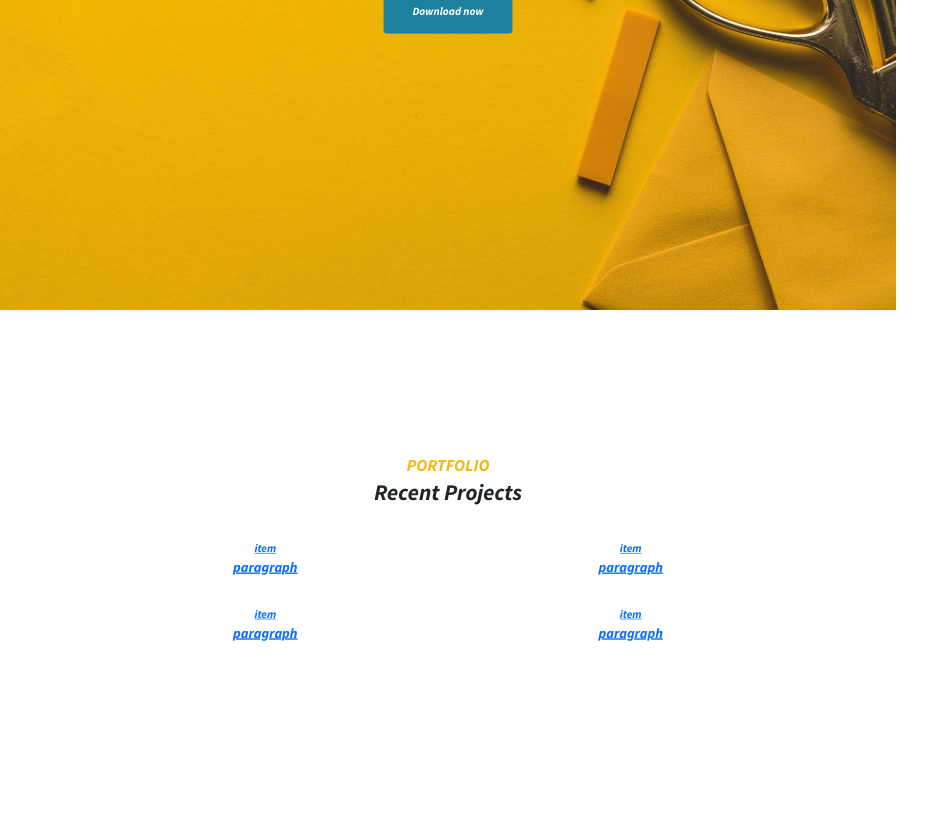
Repository: hoangpino/VE_FE_FrameWork_005
Page: lab06/index.html
These files come from the project's save history. The page is drawn as it stood at one moment and after the next save; the edit follows.
The browser window is 1280 px wide. The page is 1280 px wide, then 1340 px, so the pictures cover 1340 px, including what lies to the right of the window. The pictures show the part of the page from y = 2437 to 4277 px (the page is 3600 px tall before and 4277 px after), at 70% of full size.
Backgrounds fixed to the window are drawn as part of the page.

Above is the page before, as saved 2021-10-05 18:54:43.

After the next save:
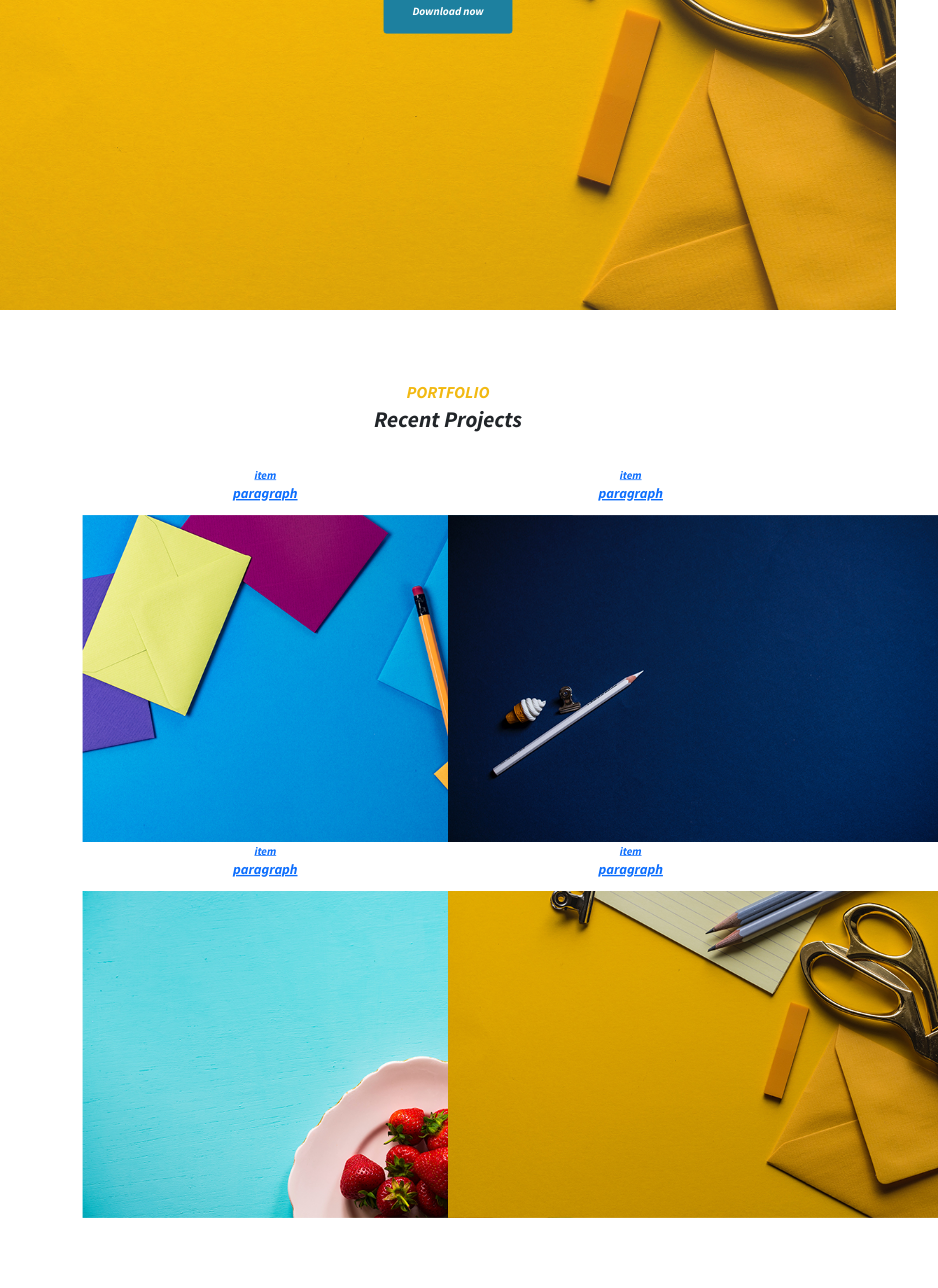
Saved 66 s later.
--- a/lab06/index.html
+++ b/lab06/index.html
@@ -122,7 +122,7 @@
                             <div>item</div>
                             <p>paragraph</p>
                         </div>
-                        <img src="">
+                        <img src="./img/portfolio-1.jpg">
                     </a>
                 </div>
                 <div class="col-lg-6">
@@ -131,7 +131,7 @@
                             <div>item</div>
                             <p>paragraph</p>
                         </div>
-                        <img src="">
+                        <img src="./img/portfolio-2.jpg">
                     </a>
                 </div>
                 <div class="col-lg-6">
@@ -140,7 +140,7 @@
                             <div>item</div>
                             <p>paragraph</p>
                         </div>
-                        <img src="">
+                        <img src="./img/portfolio-3.jpg">
                     </a>
                 </div>
                 <div class="col-lg-6">
@@ -149,7 +149,7 @@
                             <div>item</div>
                             <p>paragraph</p>
                         </div>
-                        <img src="">
+                        <img src="./img/portfolio-4.jpg">
                     </a>
                 </div>
             </div>
